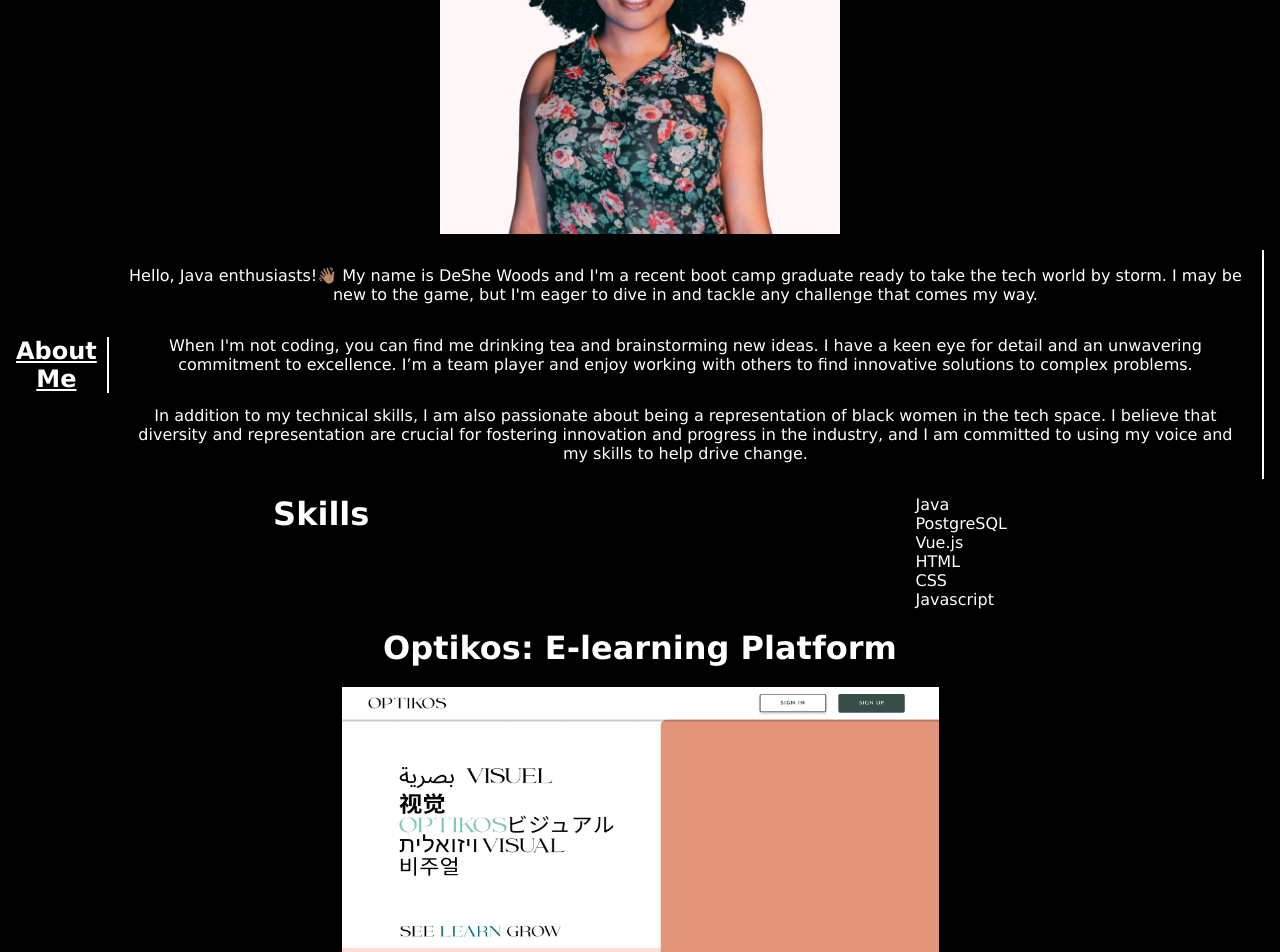
Repository: woodsdeshe/portfolio
Page: index.html
These files come from the project's save history. The page is drawn as it stood at one moment and after the next save; the edit follows.
The browser window is 1280 px wide. The pictures show the part of the page from y = 1002 to 1954 px (the page is 2346 px tall before and 2410 px after).
A picture or video elsewhere on the page could not be fetched, so the positions and the page height are approximate. Some web fonts or font styles are not loaded; a fallback is used.

Above is the page before, as saved 2023-06-11 12:08:41.

After the next save:
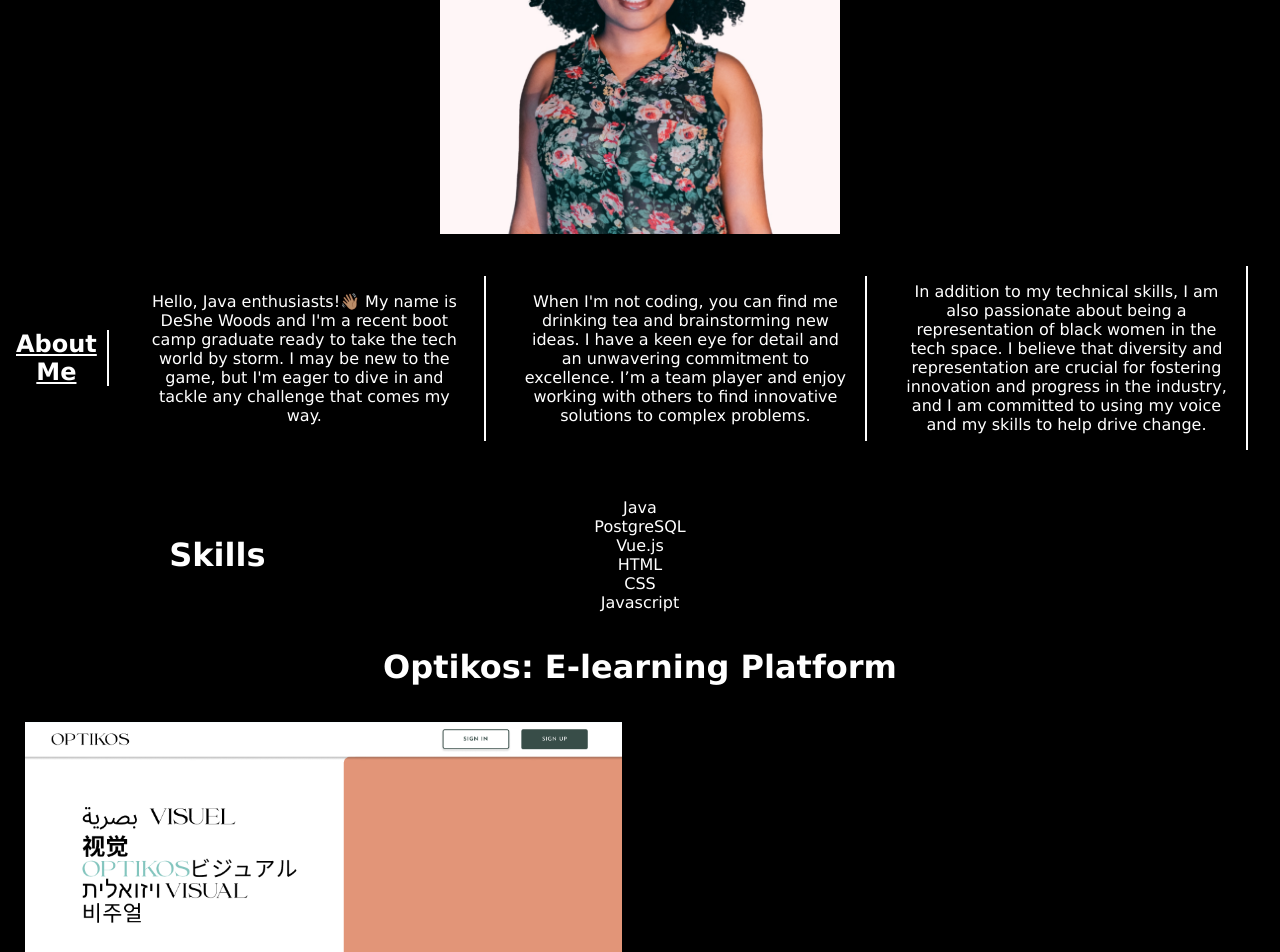
Saved 44 s later.
--- a/style.css
+++ b/style.css
@@ -138,3 +138,38 @@ footer a {
         box-shadow: inset 100px 0 0 0 #54b3d6;
         color: white;
       }
+
+      .about-me-content {
+        display: grid;
+        grid-template-columns: repeat(3, 1fr);
+        grid-gap: 20px;
+        justify-items: center;
+        align-items: center;
+        padding: 1rem;
+        text-align: center;
+      }
+
+      .skills-content {
+        display: grid;
+        grid-template-columns: repeat(3, 1fr);
+        grid-gap: 20px;
+        justify-items: center;
+        align-items: center;
+        padding: 1rem;
+        text-align: center;
+      }
+
+      .optikos-content {
+        display: grid;
+        grid-template-columns: repeat(2, 1fr);
+        grid-gap: 20px;
+        justify-items: center;
+        align-items: center;
+        text-align: center;
+        padding: 1rem;
+      }
+
+      .optikos img {
+        max-width: 100%;
+        height: auto;
+      }
